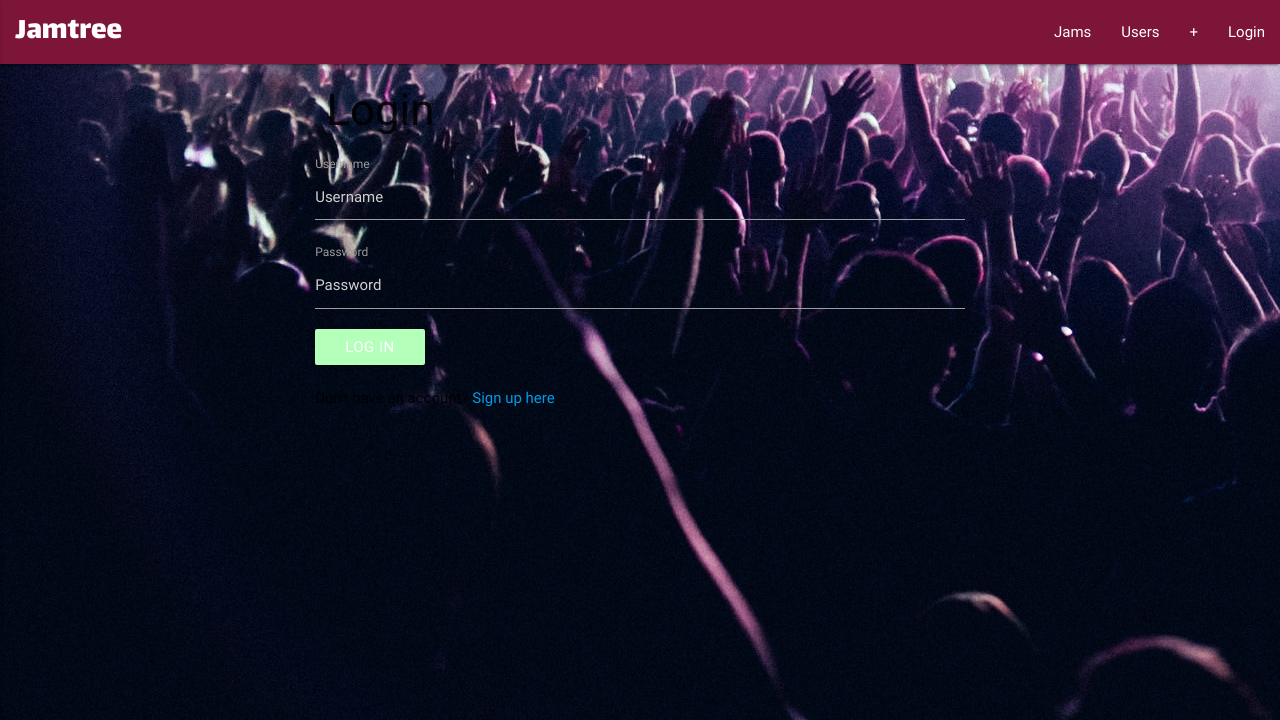
Repository: EdShackleton/milestone-project-3
Page: http://localhost/go_to_login
The author's editor kept a record of every edit. The page is drawn from the files as they stood at one moment, then again after the next edit.
The browser window is 1280 px wide. The pictures show the whole page.
Some web libraries are served in a nearby version. The page is served by the project's application, run on Flask 3 (app.py). Style sheets and scripts are compiled from the project's sources, by tool versions that may differ from the author's.

Above is the page before.

### templates/login.html
{% extends 'base.html' %} {% block content %}
<div class="container">
<h3>Login</h3>
    <div class="row">
        <div class="col-md-4 col-md-offset-4">
            <form method=POST action="{{ url_for('login') }}">
                <div class="form-group">
                    <label for="exampleInputEmail1">Username</label>
                    <input type="text" class="form-control" name="username" placeholder="Username">
                </div>
                <div class="form-group">
                    <label for="exampleInputPassword1">Password</label>
                    <input type="password" class="form-control" name="password" placeholder="Password">
                </div>
                <button type="submit" class="btn btn-primary btn-block">Log In</button>
            </form>
            <br>
            <div>
                Don't have an account? <a href="{{ url_for('register') }}">Sign up here</a>.
            </div>
        </div>
    </div>
</div>

{% endblock %}

### templates/base.html
<!DOCTYPE html>
<html>

<head>
    <link href="https://fonts.googleapis.com/icon?family=Material+Icons" rel="stylesheet">
    <link href="https://fonts.googleapis.com/css?family=Lalezar|Roboto&display=swap" rel="stylesheet">
    <link rel="stylesheet" href="static/css/style.css" type="text/css" />
    <link rel="stylesheet" href="https://cdnjs.cloudflare.com/ajax/libs/materialize/0.100.2/css/materialize.min.css">
    <link rel="stylesheet" href="{{url_for('static', filename='css/style.css')}}" type="text/css" />
</head>

<body>
    <header>
        <nav>
            <div class="nav-wrapper">
                <a href="{{ url_for('get_jams') }}" class="brand-logo">Jamtree</a>
                <a href="#" data-activates="mobile-demo" class="button-collapse"><i class="material-icons">menu</i></a>
                <ul id="nav-mobile" class="right hide-on-med-and-down">
                    <li>{{ username }}</li>
                    <li><a href="{{ url_for('get_jams') }}">Jams</a></li>
                    <li><a href="{{ url_for('get_users') }}">Users</a></li>
                    <li><a href="{{ url_for('add_jam') }}">+</a></li>
                    {% if user_logged_in == True %}
                    <li><a href="{{ url_for('logout') }}">Logout</a></li>
                    {% else %}
                    <li><a href="{{ url_for('go_to_login') }}">Login</a></li>
                    {% endif %}

                </ul>
                <ul class="side-nav" id="mobile-demo">
                    <li><a href="{{ url_for('get_jams') }}">Jams</a></li>
                    <li><a href="{{ url_for('get_users') }}">Users</a></li>
                    <li><a href="{{ url_for('add_jam') }}">New Jam</a></li>
                    <li><a href="{{ url_for('go_to_login') }}">Login</a></li>

                </ul>
            </div>
        </nav>
    </header>
    <div class="container background"></div>
    <div class="container">
        {% block content %} {% endblock %}
    </div>
    <script src="https://cdnjs.cloudflare.com/ajax/libs/jquery/3.2.1/jquery.min.js"></script>
    <script src="https://cdnjs.cloudflare.com/ajax/libs/materialize/0.100.2/js/materialize.min.js"></script>
    <script type="text/javascript">
        $(document).ready(function() {
            $('.collapsible').collapsible();
            $('select').material_select();
            $(".button-collapse").sideNav();
        });
        $('.datepicker').pickadate({
            selectMonths: true, // Creates a dropdown to control month
            selectYears: 15, // Creates a dropdown of 15 years to control year,
            today: 'Today',
            clear: 'Clear',
            close: 'Ok',
            closeOnSelect: false // Close upon selecting a date,
        });
    </script>
</body>

</html>

### app.py
import os
import bcrypt
from flask import Flask, render_template, redirect, request, url_for, session
from flask_pymongo import PyMongo
from bson.objectid import ObjectId



app = Flask(__name__)
app.config["MONGO_DBNAME"] = 'Jamtree'
app.config["MONGO_URI"] = 'mongodb+srv://root:Welcome3@myfirstcluster-8h2g0.mongodb.net/Jamtree?retryWrites=true&w=majority'

mongo = PyMongo(app)

#CRUD

@app.route('/get_jams')
def get_jams():
    user_logged_in = 'username' in session
    if user_logged_in:
        return render_template("jams.html",
        jams=mongo.db.jam_or_event.find(),
        counties=mongo.db.counties.find(),
        genres=mongo.db.genres.find(),
        username=session['username'])
    return render_template("jams.html",
        jams=mongo.db.jam_or_event.find(),
        counties=mongo.db.counties.find(),
        genres=mongo.db.genres.find())

@app.route('/get_users')
def get_users():
    user_logged_in = 'username' in session
    if user_logged_in:
        return render_template("users.html",
        users=mongo.db.users.find(),
        counties=mongo.db.counties.find(),
        username=session['username'])
    return render_template("users.html",
        users=mongo.db.users.find(),
        counties=mongo.db.counties.find())

@app.route('/add_jam')
def add_jam():
    return render_template('addjam.html',
    instruments=mongo.db.instruments.find(),
    counties=mongo.db.counties.find(),
    username=session['username'])

@app.route('/insert_jam', methods=['POST'])
def insert_jam():
    jams =  mongo.db.jam_or_event
    jams.insert_one(request.form.to_dict())

    print(request.form)
    return redirect(url_for('get_jams'))

@app.route('/delete_jam/<jam_id>')
def delete_jam(jam_id):
    mongo.db.jam_or_event.remove({'_id': ObjectId(jam_id)})
    return redirect(url_for('get_jams'))

@app.route('/edit_jam/<jam_id>')
def edit_jam(jam_id):
    the_jam =  mongo.db.jam_or_event.find_one({"_id": ObjectId(jam_id)})
    return render_template('editjam.html', jam=the_jam)

@app.route('/update_jam/<jam_id>', methods=["POST"])
def update_jam(jam_id):
    user_logged_in = 'username' in session
    if user_logged_in:
        jams = mongo.db.jam_or_event
        jams.update( {'_id': ObjectId(jam_id)},
        {
            'jam_title':request.form.get('jam_title'),
            'genre':request.form.get('genre'),
            'date_of_jam': request.form.get('date_of_jam'),
            'jam_location': request.form.get('jam_location'),
            'jam_postcode':request.form.get('jam_postcode'),
            'jam_members':request.form.get('jam_members'),
            'jam_instruments':request.form.get('jam_instruments'),
            'jam_notes':request.form.get('jam_notes'),
        })
        return redirect(url_for('get_jams'))


#search options

#login system

SALT = "asdfljheriun"

@app.route('/go_to_login')
def go_to_login():
    return render_template('login.html')

@app.route('/')
def index():
    users = mongo.db.users
    if 'username' in session:
        return render_template('welcome.html', username=session['username'])

    return render_template('jams.html')

@app.route('/login', methods=['POST'])
def login():
    users = mongo.db.users
    hashpw =request.form['password'] + SALT
    login_user = users.find_one({'username' : request.form['username']})

    if login_user:
        if hashpw == login_user['password']:
            session['username'] = request.form['username']
            return redirect(url_for('index'))

    return render_template('re-login.html')

@app.route('/logout')
def logout():
    session.clear()
    return render_template('logout.html')

@app.route('/register', methods=['POST', 'GET'])
def register():
    if request.method == 'POST':
        users = mongo.db.users
        existing_user = users.find_one({'username' : request.form['username']})

        if existing_user is None:
            hashpass = (request.form['password'] + SALT)
            users.insert({'username' : request.form['username'],
            'password' : hashpass,
            'user_county' : request.form['user_county'],
            'user_instrument' : request.form['user_instrument']})
            session['username'] = request.form['username']
            return redirect(url_for('index'))

        return render_template('re-register.html',
    instruments=mongo.db.instruments.find())

    return render_template('register.html',
    instruments=mongo.db.instruments.find(),
    counties=mongo.db.counties.find())

if __name__ == '__main__':
    app.secret_key = 'mysecret'
    app.run(host=os.environ.get('IP'),
            port=int(8080),
            debug=True)

### static/css/style.sass
/* Variables */

$primary-color: #7D1538
$secondary-color: #F9F9F9
$third-color: #d97eff
$fourth-color: #C45AB3
$fifth-color: #F45866

/* Mixins */

%box
    background-color: $secondary-color
    color: #383838
    border-color: white
    opacity: 0.9


%title
    font-family: 'Lalezar', cursive

/* background */


body
    background: url(/static/images/background-pic-purple.jpg) bottom left no-repeat
    background-attachment: fixed

.blank-background
    @extend %box
    padding: 3% 10%
    margin-top: 5px

/* nav bar */

.nav-wrapper
    background-color: $primary-color
    font-family: 'Roboto', sans-serif

.brand-logo
    @extend %title
    margin: 0px 15px

/* search bar */

.search-bar
    -webkit-box-shadow: 5px 5px 5px 0px rgba(0,0,0,0.2)
    -moz-box-shadow: 5px 5px 5px 0px rgba(0,0,0,0.2)
    box-shadow: 5px 5px 5px 0px rgba(0,0,0,0.2)
    background-color: #f5ecf9
    padding: 0 !important
    color: #383838
    font-family: 'Roboto', sans-serif
    margin-top: 5px
    height: 38px

.select-wrapper input.select-dropdown
    margin: 0
    border: none
    width: 100%
    font-size: 16px
    height: 38px

.dropdown-content li>span
    color: #383838
    font-family: 'Roboto', sans-serif

.search-button
    margin-left: 15px

/* Jams page */

.jams-list
    @extend %box
    font-family: 'Roboto', sans-serif
    text-align: center

.jam-title
    @extend %title

.other-jam-info
    background-color: #F4CEFF
    border-color: white
    opacity: 0.9

/* Users page */

.user-card
    @extend %box
    font-family: 'Roboto', sans-serif

.user-name
    @extend %title

/* other */

.user-card
    @extend %box

.btn
    background-color: #b4ffba

.btn:hover
    background-color: $third-color

.side-nav
    @extend %box

.side-nav li>a:hover
    background-color: $primary-color
    color: white

/* When starting to use sass, type into console: sass --watch static/css/style.sass:static/css/style.css */

After the next edit:
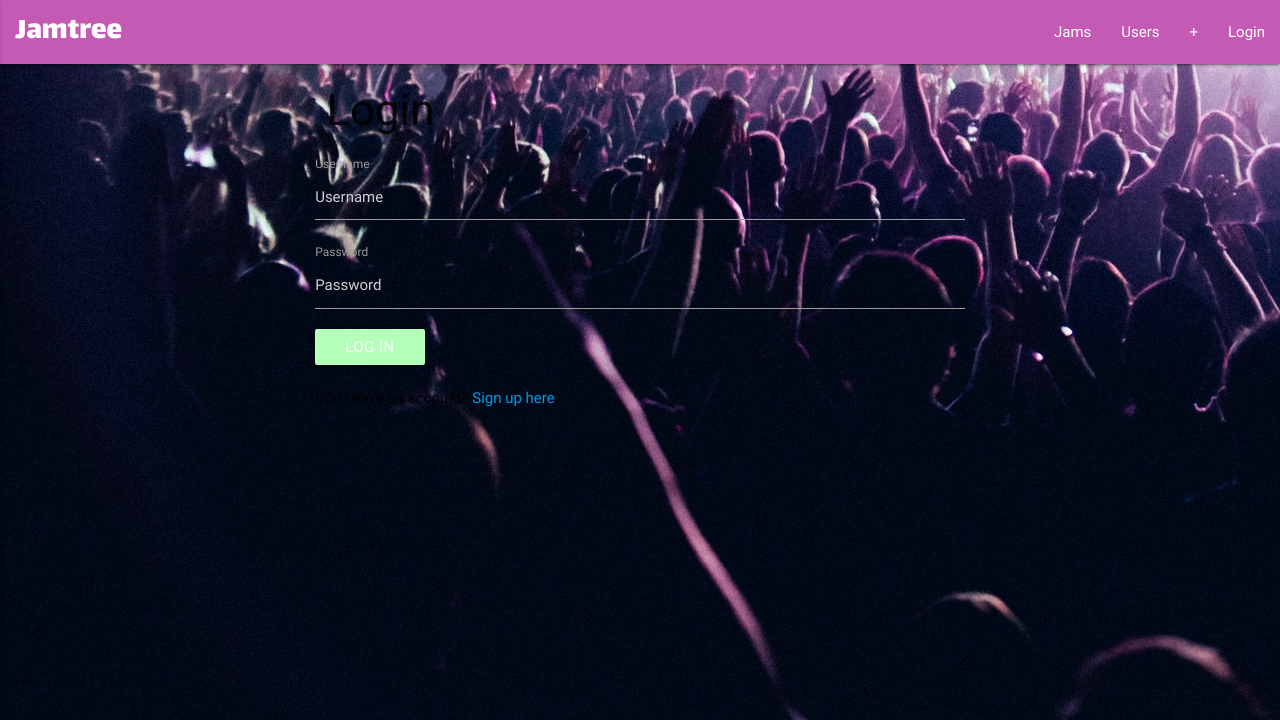
The edit:
--- a/static/css/style.sass
+++ b/static/css/style.sass
@@ -33,7 +33,7 @@
 /* nav bar */
 
 .nav-wrapper
-    background-color: $primary-color
+    background-color: $fourth-color
     font-family: 'Roboto', sans-serif
 
 .brand-logo
